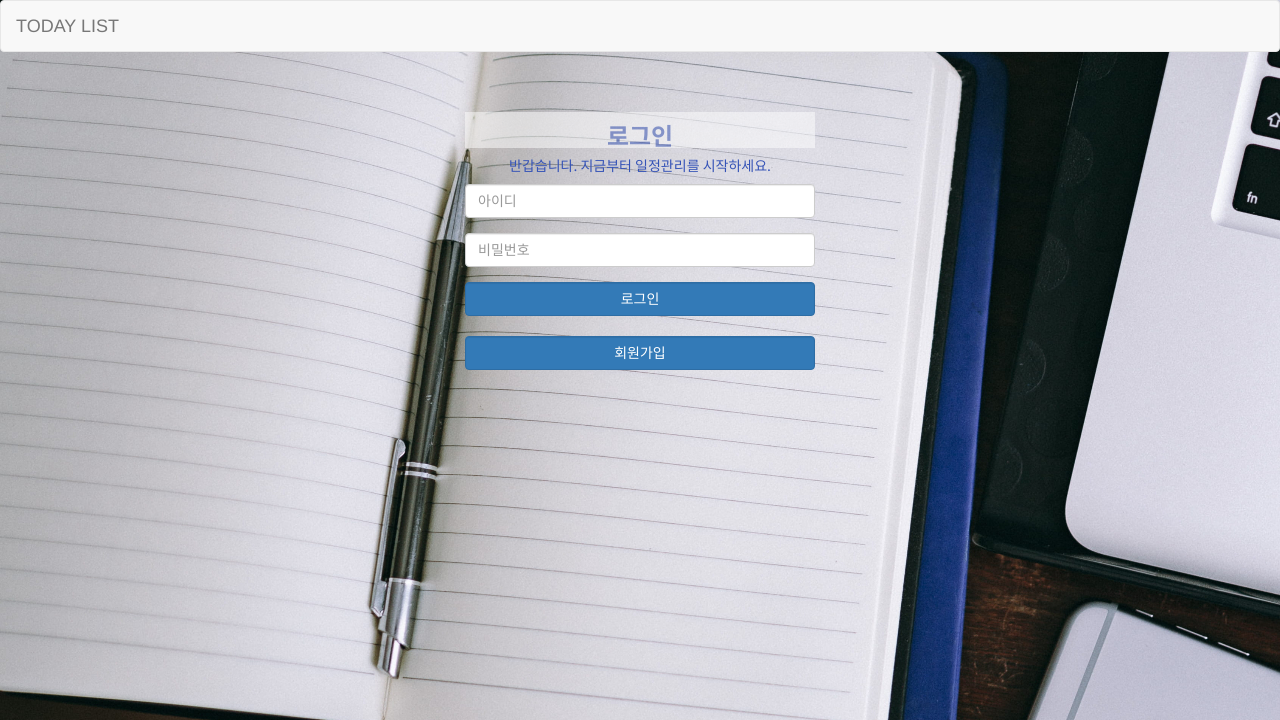
Repository: heedayday/today_list
Page: http://localhost/TODOLIST2/login.jsp
These files come from the project's save history. The page is drawn as it stood at one moment and after the next save; the edit follows.
The browser window is 1280 px wide. The pictures show the whole page.
The page is served by Tomcat 9.

Above is the page before, as saved 2020-11-12 18:36:43.

### TODOLIST2/WebContent/login.jsp
<%@ page language="java" contentType="text/html; charset=UTF-8"
    pageEncoding="UTF-8"%>
<!DOCTYPE html>
<html>
<head>
<link rel="preconnect" href="https://fonts.gstatic.com">
<link href="https://fonts.googleapis.com/css2?family=Noto+Sans+KR&display=swap" rel="stylesheet">
<meta http-equiv="Content-Type" content="text/html; charset=UTF-8">
<meta name="viewport" content="width=device-with" , initial-scale="1">
<link rel="stylesheet" href="css/bootstrap.css">
<title>TODAY LIST 일정관리</title>
<style>
body {
  background-image: url("login6.jpg");
}
#nomal{
        padding: 10px 0px 0px 0px;
        font-weight: bold;
        text-align: center;
        background-color: #ffffff;
        opacity: 0.5;
      }
</style>
</head>
<body>
	<nav class="navbar navbar-default">
		<div class="navbar-header">
			<button type="button" class="navbar-toggle collapsed"
				data-toggle="collapse" data-target="#bs-example-navbar-collapse-1"
				aria-expanded="false">
				<span class="icon-bar"></span>
				<span class="icon-bar"></span>
				<span class="icon-bar"></span>
			</button>
			<a class ="navbar-brand">TODAY LIST</a>
		</div>

	</nav>
	<div class="container">
		<div class="col-lg-4"></div>
		<div class="col-lg-4">
			<div class="jumpbotron" style="padding-top:20px;">
				 <form method="post" action="loginAction.jsp">
				 	<h3 id="nomal" style="text-align: center; color: #3553b7; font-family: 'Noto Sans KR', sans-serif; backr " >로그인</h3>
				 	<h5  style="text-align: center; color: #3553b7; font-family: 'Noto Sans KR', sans-serif; " >반갑습니다. 지금부터 일정관리를 시작하세요.</h5>
				 	<div class="form-group">
				 		<input type="text" class="form-control" placeholder="아이디" name="userID" maxlength="20">
				 	</div>
				 	<div class="form-group">
				 		<input type="password" class="form-control" placeholder="비밀번호" name="userPassword" maxlength="20">
				 	</div>
				 	<input type="submit" class="btn-primary form-control" value="로그인">
				 	<br />
				 	<input type="button" class="btn-primary form-control" onClick="location.href='join.jsp'" value="회원가입">

				 </form>
			</div>
		</div>
	</div>
 	<script src= "https://code.jquery.com/jquery-3.5.1.min.js"></script>
 	<script src="js/bootstrap.js"></script>
</body>
</html>

Loaded but not shown: TODOLIST2/WebContent/css/bootstrap.css (library); TODOLIST2/WebContent/js/bootstrap.js (library)

After the next save:
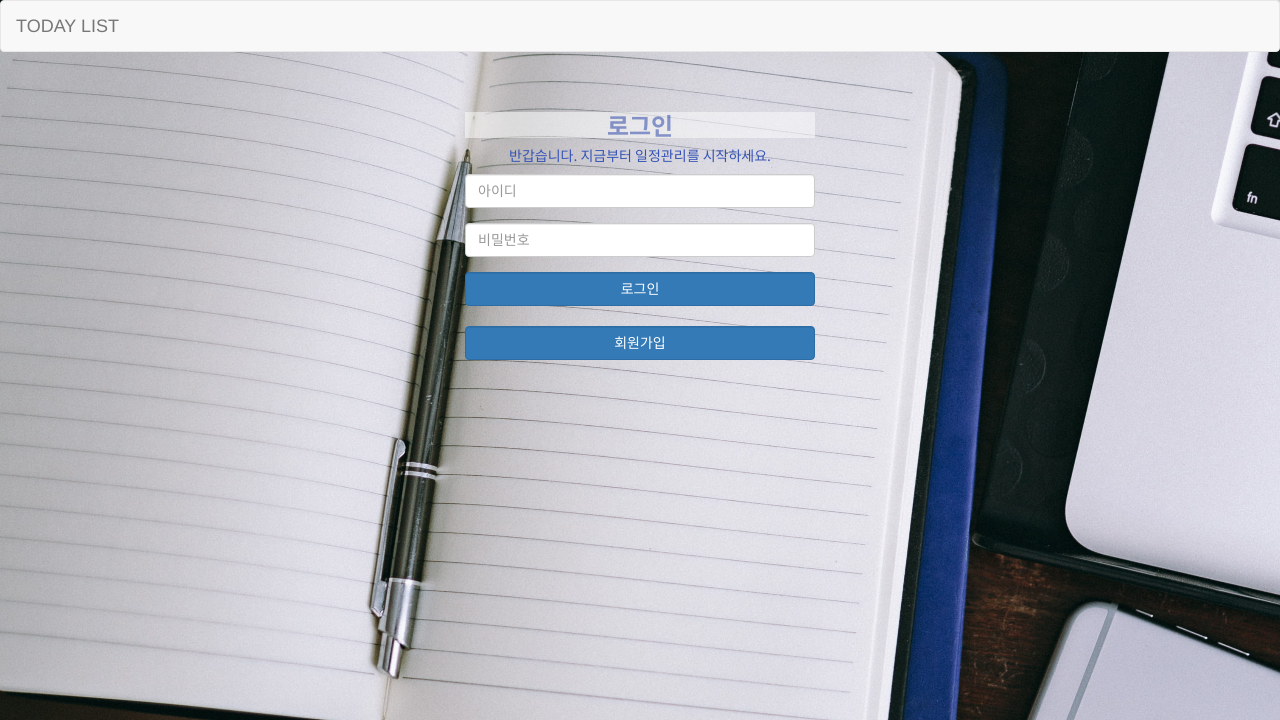
Saved 10 s later.
--- a/TODOLIST2/WebContent/login.jsp
+++ b/TODOLIST2/WebContent/login.jsp
@@ -14,7 +14,7 @@ body {
   background-image: url("login6.jpg");
 }
 #nomal{
-        padding: 10px 0px 0px 0px;
+        padding: 0px 0px 0px 0px;
         font-weight: bold;
         text-align: center;
         background-color: #ffffff;
